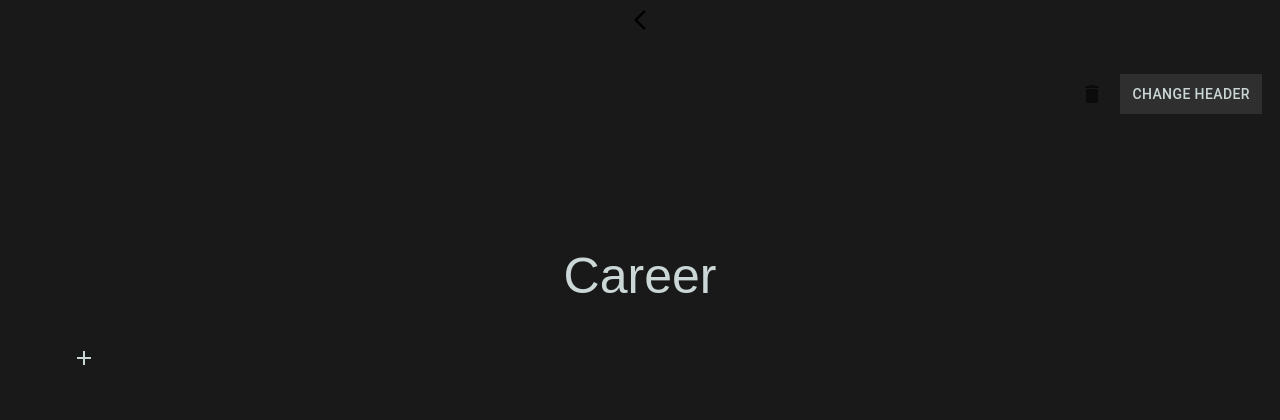
Repository: Armstrong2035/ikigai
Page: /board/bucket/default1 (app in Ikigai/ikigai/)
These files come from the project's save history. The page is drawn as it stood at one moment and after the next save; the edit follows.
The browser window is 1280 px wide. The pictures show the whole page.
The project was rebuilt for these pictures with package versions that can differ from the ones it lists, and the page was loaded fresh each time. The framework's server and built-in components were replaced by stand-ins that run in the browser. Also part of the build but not shown: Ikigai/ikigai/next.config.mjs, Ikigai/ikigai/components/board/Buckets/activities/Activity/Title.js, Ikigai/ikigai/components/board/Buckets/activities/Activity/Relationships.js, Ikigai/ikigai/components/board/Buckets/activities/Activity/AddRelationships.js, Ikigai/ikigai/components/board/Buckets/activities/Activity/Tasks/TaskTitle.js, Ikigai/ikigai/components/board/Buckets/activities/Activity/Tasks/Tasks.js, Ikigai/ikigai/components/board/Buckets/activities/Activity/Priority.js, Ikigai/ikigai/components/board/Buckets/activities/Activity/ActivityMenu.js and 6 more.

Above is the page before, as saved 2024-09-02 18:35:40.

After the next save:
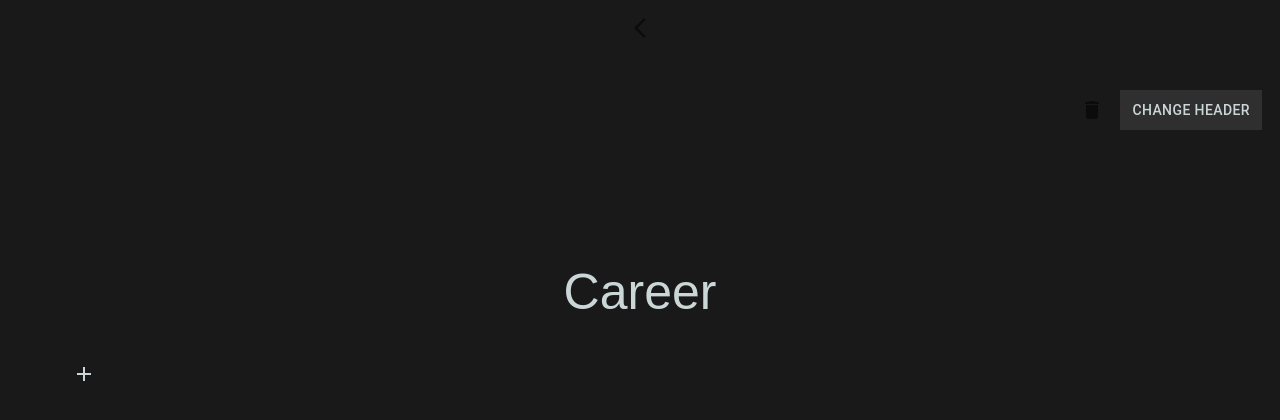
Saved 11 s later.
--- a/Ikigai/ikigai/components/board/Buckets/Bucket/Bucket.js
+++ b/Ikigai/ikigai/components/board/Buckets/Bucket/Bucket.js
@@ -3,7 +3,7 @@ import Activities from "../activities/Activities";
 import BucketHeader from "./BucketHeader/BucketHeader";
 import boardStore from "../../store";
 import BucketTitle from "./BucketTitle/BucketTitle";
-import { Stack } from "@mui/material";
+import { IconButton, Stack } from "@mui/material";
 import ArrowBackIosNewIcon from "@mui/icons-material/ArrowBackIosNew";
 
 export default function Bucket({ bucket }) {
@@ -12,7 +12,9 @@ export default function Bucket({ bucket }) {
   return (
     <div style={{ overflow: "hidden" }}>
       <Stack justifyContent={"center"} alignItems={"center"} spacing={4}>
-        <ArrowBackIosNewIcon />
+        <IconButton>
+          <ArrowBackIosNewIcon />
+        </IconButton>
 
         <BucketHeader bucket={bucket} />
         <BucketTitle bucket={bucket} />
